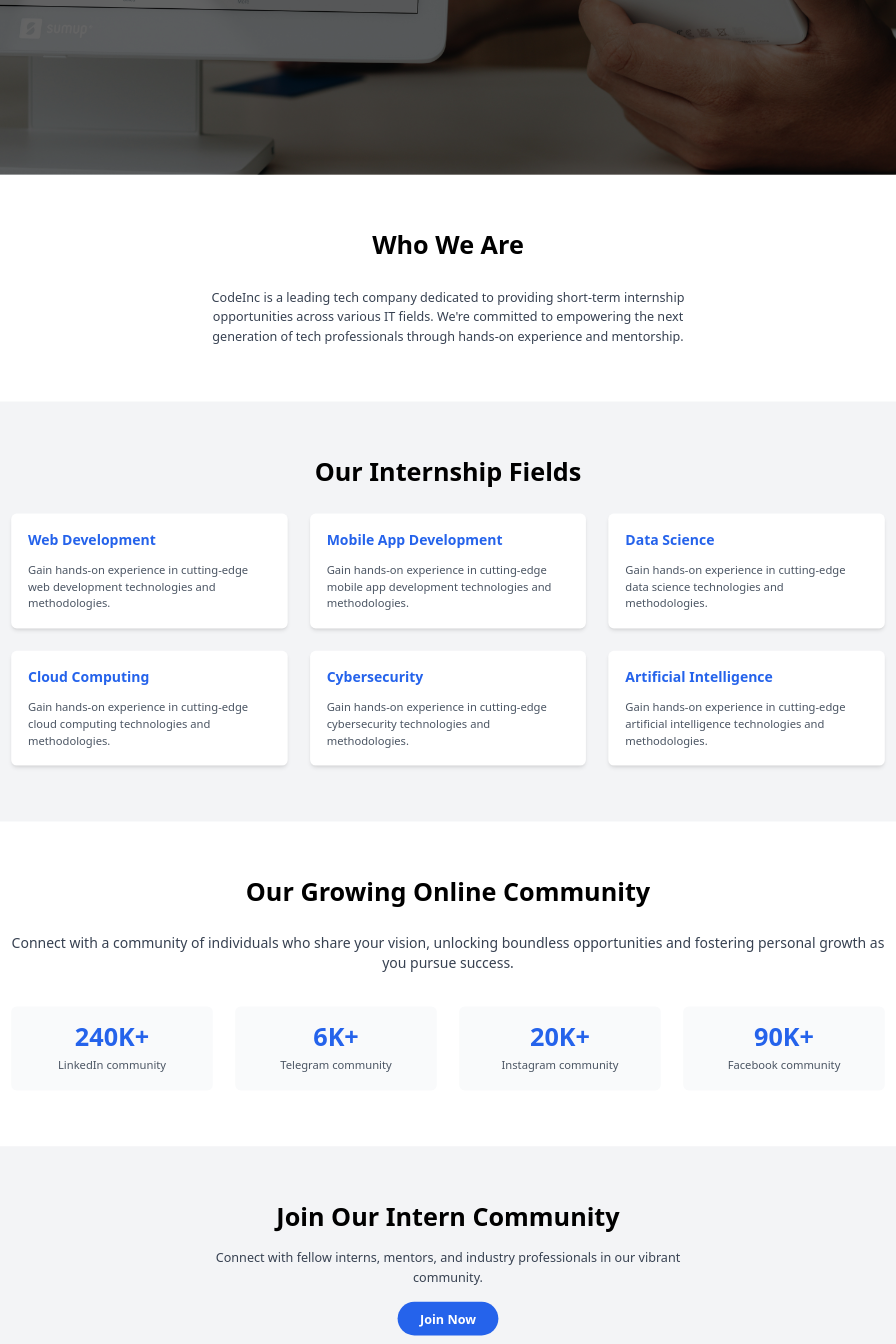
Repository: Charith117/CodeInc-Project
Page: / (app in frontend/)
An editor plug-in stored every save of this project. The page is shown before and after the next save, followed by the edit.
The browser window is 1280 px wide. The pictures show the part of the page from y = 534 to 2454 px (the page is 3510 px tall before and 3574 px after), at 70% of full size.
The page's requests for data from a server got no answer. The project was rebuilt for these pictures with package versions that can differ from the ones it lists, and the page was loaded fresh each time. No one was signed in, and anything a server would have sent is missing. Also part of the build but not shown: frontend/vite.config.js, frontend/src/pages/Services.jsx, frontend/src/pages/Products.jsx, frontend/src/components/InternShipFieldCard.jsx, frontend/src/pages/Internships.jsx, frontend/src/pages/Jobs.jsx, frontend/src/pages/Verification.jsx, frontend/src/pages/AboutUs.jsx and 1 more.

Above is the page before, as saved 2024-09-15 16:34:25.

After the next save:
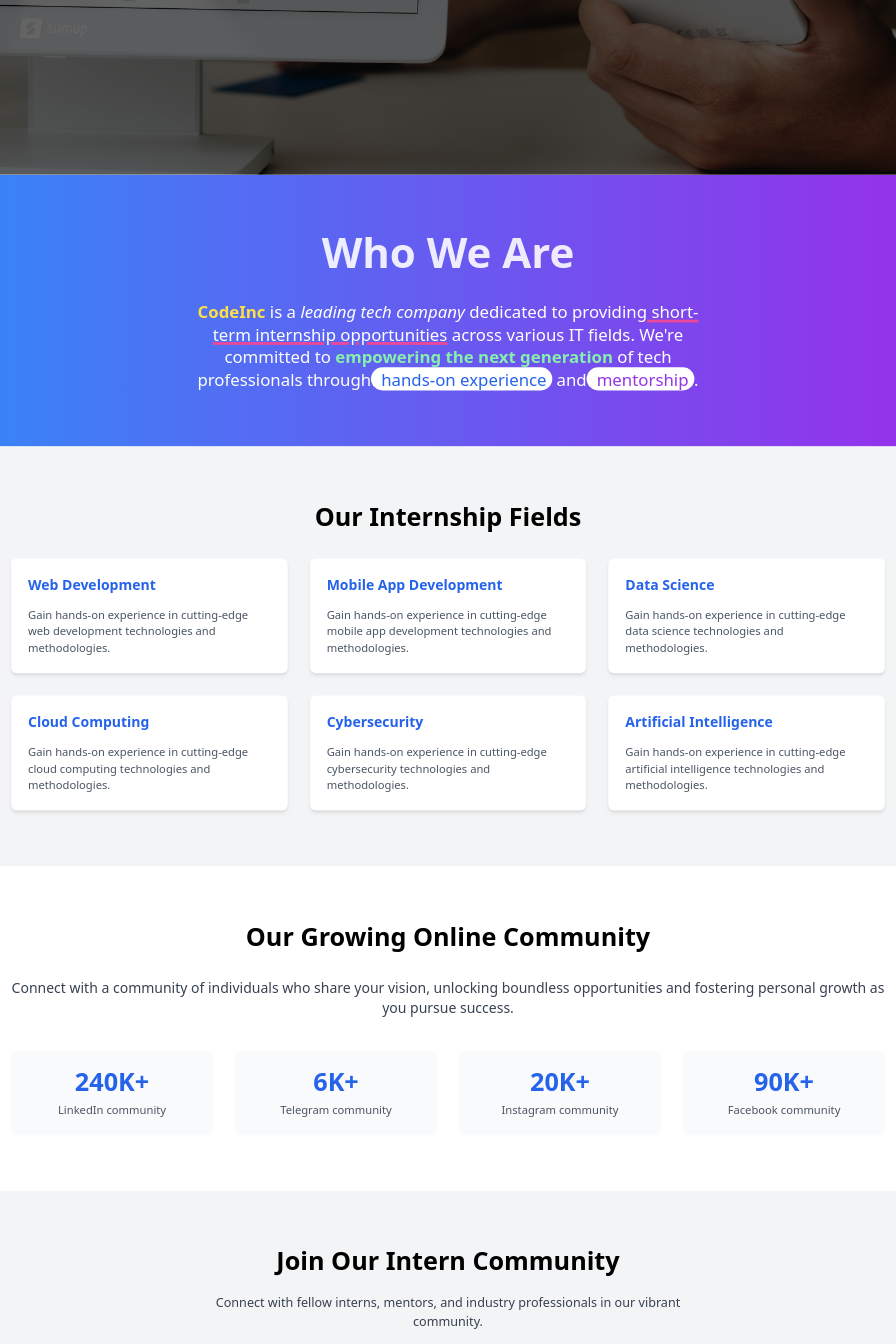
Saved 24 s later.
--- a/frontend/src/pages/Home.jsx
+++ b/frontend/src/pages/Home.jsx
@@ -62,11 +62,17 @@
       </section>
 
       {/* About Us Section */}
-      <section className="py-20 bg-white">
-        <div className="container px-4 mx-auto">
-          <h2 className="mb-10 text-3xl font-bold text-center md:text-4xl">Who We Are</h2>
-          <p className="max-w-3xl mx-auto text-lg text-center text-gray-700">
-            CodeInc is a leading tech company dedicated to providing short-term internship opportunities across various IT fields. We're committed to empowering the next generation of tech professionals through hands-on experience and mentorship.
+      <section className="py-20 bg-gradient-to-r from-blue-500 to-purple-600">
+        <div className="container px-4 mx-auto">
+          <h2 className="mb-10 text-4xl font-extrabold text-center text-white md:text-5xl lg:text-6xl animate-pulse">
+            Who We Are
+          </h2>
+          <p className="max-w-3xl mx-auto text-xl leading-relaxed text-center text-white md:text-2xl">
+            <span className="font-bold text-yellow-300">CodeInc</span> is a <span className="italic">leading tech company</span> dedicated to providing
+            <span className="underline decoration-pink-500 decoration-4"> short-term internship opportunities</span> across various IT fields.
+            We're committed to <span className="font-semibold text-green-300">empowering the next generation</span> of tech professionals through
+            <span className="px-2 text-blue-600 bg-white rounded-full"> hands-on experience</span> and
+            <span className="px-2 text-purple-600 bg-white rounded-full"> mentorship</span>.
           </p>
         </div>
       </section>
